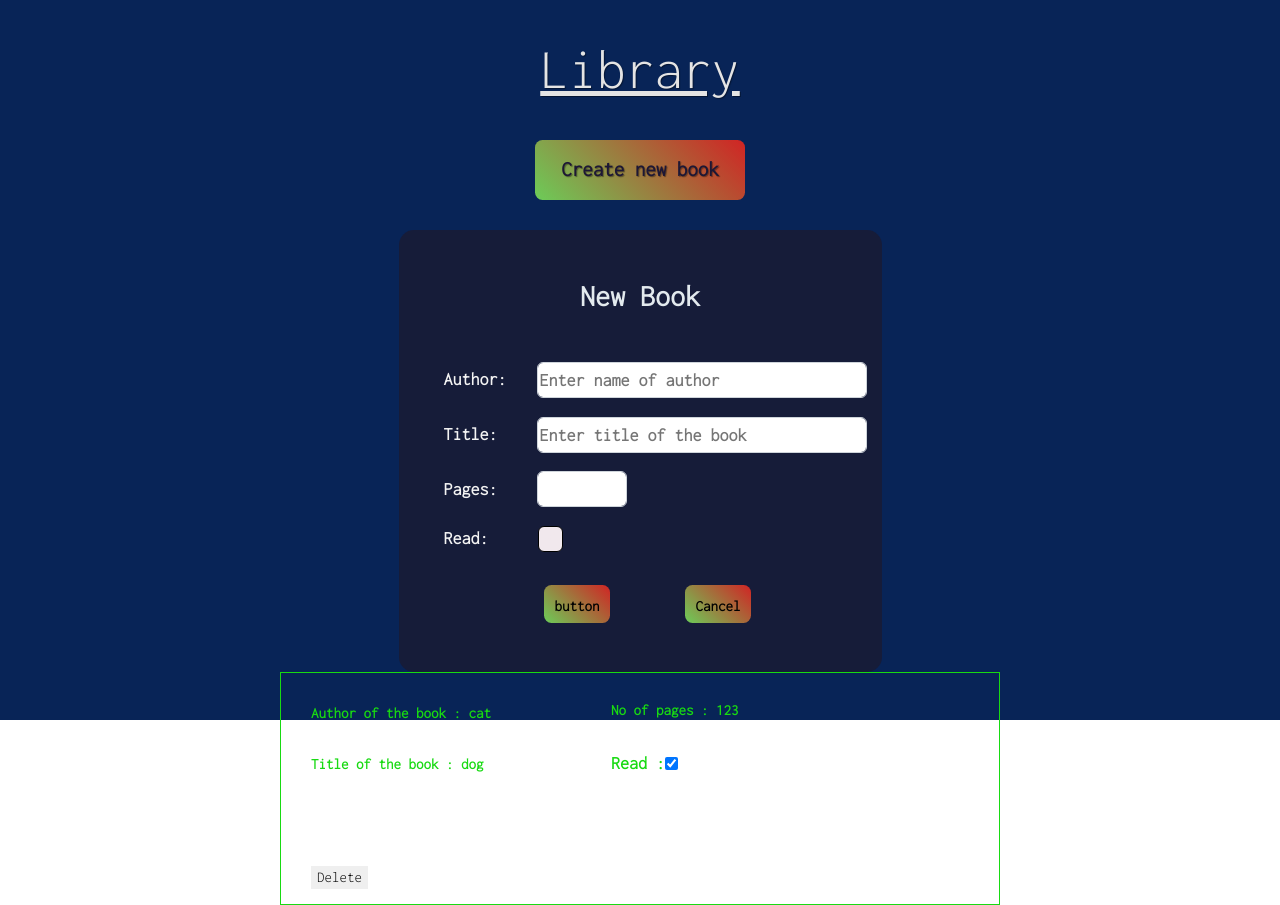
Repository: 0101chaitanya/Library
Page: index.html
These files come from the project's save history. The page is drawn as it stood at one moment and after the next save; the edit follows.
The browser window is 1280 px wide. The pictures show the whole page.

Above is the page before, as saved 2021-06-05 09:34:57.

### index.html
<!DOCTYPE html>
<html>

<head>
    <meta charset="UTF-8">
    <link rel="stylesheet" type="text/css" href="styles.css">

</head>

<body>

    <div id="container">

    </div>
    <script type="text/javascript" src="script.js"></script>

</body>

</html>

### styles.css
@import url('https://fonts.googleapis.com/css2?family=Inconsolata:wght@300&display=swap');
 :root {
    --color-white: #f3f3f3;
    --color-darkblue-alpha: rgba(27, 27, 50, 0.8);
    --color-green: #082457;
}

@media (max-width: 340px) {
     :root {
        font-size: 2px;
    }
}

@media (max-width: 500px) {
     :root {
        font-size: 7.2px;
    }
}

@media (min-width: 501px) {
     :root {
        font-size: 15px;
    }
}

*,
*::before,
*::after {
    box-sizing: border-box;
}

body {
    font-family: 'Inconsolata', monospace;
    font-size: 1rem;
    font-weight: 1000;
    line-height: 1.4;
    color: var(--color-white);
    margin: 0;
}

body::before {
    content: '';
    position: fixed;
    height: 100%;
    width: 100%;
    z-index: -1;
    background: var(--color-green);
}

header {
    font-weight: 500;
    font-size: 3.8rem;
    position: relative;
    top: 2rem;
    text-decoration: underline;
    margin-top: 0rem;
    text-shadow: 1px 1px 1px rgba(0, 0, 0, 0.4);
    color: #e4e4e4;
    text-align: center;
}

label {
    display: flex;
    align-items: center;
    font-size: 1.2rem;
}

input,
button {
    margin: 0;
    font-size: inherit;
    font-family: inherit;
    line-height: inherit;
}

button {
    border: none;
}

#container {
    width: 100%;
    margin: 0rem auto 0 auto;
}

@media (min-width: 576px) {
    #container {
        max-width: 540px;
    }
}

@media (min-width: 768px) {
    #container {
        max-width: 720px;
    }
}

#newBookButton {
    font-size: 1.4rem;
    width: 14rem;
    height: 4rem;
    position: relative;
    margin-top: 4rem;
    background: linear-gradient(45deg, rgb(108, 204, 88), rgb(209, 36, 36));
    font-weight: bold;
    border-radius: 0.5rem;
    text-shadow: 1px 1px 1px rgba(0, 0, 0, 0.4);
    color: rgb(29, 23, 53);
    margin-left: auto;
    margin-right: auto;
    display: block;
}

#newBookButton:hover {
    background: goldenrod;
    box-shadow: 0 0 1rem 0.1rem green;
}

form {
    display: none;
    flex-direction: column;
    align-items: center;
    justify-items: center;
    width: fit-content;
    position: relative;
    top: 2rem;
    margin-left: auto;
    margin-right: auto;
    background: var(--color-darkblue-alpha);
    padding: 2.5rem 6.25rem;
    border-radius: 1rem;
}

@media (min-width:480px) {
    form {
        padding: 3rem;
    }
}

.formGroup {
    margin: 0 auto 1.25rem auto;
}

.textBox {
    font-weight: bold;
    display: block;
    width: 22rem;
    height: 2.4rem;
    padding: - .375rem 2rem;
    background-color: white;
    background-clip: padding-box;
    border: 1px solid #ced4da;
    border-radius: 0.4rem;
    transition: border-color 0.15s ease-in- out, box-shadow 0.15s ease-in-out;
}

.textBox:focus {
    border-color: #80bdff;
    outline: 0;
    box-shadow: 0 0 1rem rgba(0, 255, 85, 0.25);
}

h1 {
    position: relative;
    text-align: center;
    margin-left: 0;
    margin: 0 0 3rem;
    color: rgb(227, 234, 238);
}

#authorInput {
    position: relative;
    left: 2rem;
}

#titleInput {
    position: relative;
    left: 2.6rem;
}

#pagesInput {
    position: relative;
    left: 2.6rem;
    width: 6rem;
    height: 2.4rem;
    padding: - 0.375rem 0.75rem;
    background-color: white;
    background-clip: padding-box;
    border: 1px solid #ced4da;
    border-radius: 0.4rem;
    transition: border-color 0.15s ease-in- out, box-shadow 0.15s ease-in-out;
    font-weight: bold;
}

#pagesInput:focus {
    border-color: #80bdff;
    outline: 0;
    box-shadow: 0 0 0 0.2rem rgba(0, 255, 85, 0.25);
}

#urlInput {
    position: relative;
    height: 2.4rem;
    width: 22rem;
    left: 3.85rem;
    padding: - .375rem 2rem;
    background-color: white;
    background-clip: padding-box;
    border: 1px solid #ced4da;
    border-radius: 0.4rem;
    transition: border-color 0.15s ease-in- out, box-shadow 0.15s ease-in-out;
}

#urlInput:focus {
    border-color: #80bdff;
    outline: 0;
    box-shadow: 0 0 1rem rgba(0, 255, 85, 0.25);
}

#readInput {
    position: relative;
    left: 3.3rem;
    opacity: 0;
}

.checkMark {
    position: relative;
    display: inline-flex;
    justify-content: center;
    align-items: center;
    left: 2.4rem;
    height: 1.7rem;
    width: 1.7rem;
    border-color: black;
    border-style: solid;
    border-width: 0.01rem;
    color: rgb(241, 232, 237);
    background: rgb(241, 232, 237);
    border-radius: 0.4rem;
}

#readInput:checked~.checkMark {
    color: rgb(26, 28, 43);
    background: rgb(84, 139, 221);
}

#submission {
    display: flex;
    justify-content: center;
    position: relative;
    top: 1rem;
}

.selection {
    margin: 0 2rem auto 3rem;
    height: 2.5rem;
    width: 100%;
    padding: 0.7rem;
    border-radius: 0.5rem;
    font-weight: bold;
    background: linear-gradient(45deg, rgb(108, 204, 88), rgb(209, 36, 36));
}

.selection:hover {
    background: goldenrod;
    box-shadow: 0 0 1rem 0.1rem green;
}

#vb {
    position: relative;
    display: block;
    margin-left: auto;
    margin-right: auto;
    top: 2rem;
    height: auto;
    width: auto;
}

.divElement {
    display: flex;
    border: 1px solid;
    flex-direction: column;
    align-items: flex-start;
    padding: 1rem 2rem;
    color: #18da12;
}

p:nth-of-type(3) {
    position: relative;
    left: 20rem;
    top: -7rem;
}

.divElement label {
    position: relative;
    left: 20rem;
    top: -6rem;
}

.deleteBtn {
    width: fit-content;
}

### script.js
'use strict';
let container = document.getElementById("container");
let heading = document.createElement("header");
heading.textContent = 'Library';
container.appendChild(heading);
let newBook = document.createElement('button');
newBook.id = 'newBookButton';
newBook.textContent = 'Create new book';
container.appendChild(newBook);

let form = document.createElement('form');
let h1 = document.createElement('h1');
form.appendChild(h1);
//form.method = "post";
let divInput = document.createElement('div');
divInput.id = 'divInput';

function createElmt(labelName, labelId, tipe, labelTextContent, inputId, inpId, req, place, checkMk) {

    let formGroup = document.createElement('div');
    formGroup.classList.add('formGroup');
    labelName = document.createElement('label');
    labelName.textContent = labelTextContent;
    labelName.id = labelId;
    labelName.htmlFor = inputId;
    inputId = document.createElement('input');
    inputId.type = tipe;
    inputId.id = inpId;
    // inputId.required = req;
    inputId.placeholder = place;
    if (inputId.type == 'text') {
        inputId.classList.add('textBox');
    }
    labelName.appendChild(inputId);
    if (checkMk == 'read') {
        let span = document.createElement('span');
        span.className = 'checkMark';
        span.innerHTML = '&#10003';


        labelName.appendChild(span);
    }
    formGroup.appendChild(labelName);

    divInput.appendChild(formGroup);
}

h1.textContent = `New Book`;
createElmt('author', 'author', 'text', 'Author:', 'authorInput', 'authorInput', true, 'Enter name of author');
createElmt('title', 'title', 'text', 'Title:', 'titleInput', 'titleInput', true, 'Enter title of the book');
createElmt('pages', 'pages', 'number', 'Pages:', 'pagesInput', 'pagesInput', true, '');
createElmt('read', 'read', 'checkbox', 'Read:', 'readInput', 'readInput', false, null, 'read');
form.appendChild(divInput);
let submission = document.createElement('div');
submission.classList.add('formGroup');
submission.id = 'submission';
let submitBtn = document.createElement('button');
submitBtn.textContent = 'button';
submitBtn.id = "submitBtn";
submitBtn.type = 'submit';
submitBtn.classList.add('selection');
submission.appendChild(submitBtn);
let cancel = document.createElement('button');
cancel.textContent = 'Cancel';
cancel.id = 'cancel';
cancel.type = 'button';
cancel.classList.add('selection');
submission.appendChild(cancel);
form.appendChild(submission);
container.appendChild(form);
let viewBox = document.createElement('div');
viewBox.id = 'vb';
container.appendChild(viewBox);

function setBookObj(author, title, pages, readStatus) {
    this.author = author;
    this.title = title;
    this.pages = pages;
    this.readStatus = readStatus;
}
let x = document.getElementById(`authorInput`);

let objArray = [];

form.addEventListener('submit', addBook(form)); //console.log(ObjArray.length);

function addBook(form) {
    /*   let obj1 = new setBookObj(form.elements[0].value, form.elements[0].value, form.elements[2].value, form.elements[3].value);
      console.log(form.elements[0].value);

     */
    /*
           obj[author] = form.elements[0].value;
           obj[title] = e.target.elements[1].value;
           obj[pages] = e.target.elements[2].value;
           obj.readStatus = e.target.elements[3].value;
        */
    // Object.call(ObjArray);
    // console.log(obj);

    // e.target.submit();
    //  return ObjArray;
    //console.log(ObjArray);

    // console.log(ObjArray);
    //form.submit();
}
console.log(objArray);

let obj1 = new setBookObj('cat', 'dog', 123, true);
objArray.push(obj1);

objArray.forEach((item, i) => {


    let divOut = document.createElement('div');
    divOut.id = `divOut${i}`;
    divOut.classList.add('divElement');
    let authOut = document.createElement('p');
    authOut.classList.add(`out`);
    authOut.textContent = `Author of the book : ${item.author}`;
    let titleOut = document.createElement('p');
    titleOut.textContent = `Title of the book : ${item.title}`;;
    titleOut.classList.add(`out`);
    let pgsOut = document.createElement('p');
    pgsOut.textContent = `No of pages : ${item.pages}`;
    pgsOut.classList.add(`out`);
    let redLabel = document.createElement('label');
    redLabel.classList.add(`out`);
    redLabel.textContent = `Read :`;
    let redOut = document.createElement('input');
    redLabel.htmlFor = redOut;
    redOut.type = 'checkbox';
    redLabel.appendChild(redOut);
    redOut.checked = item.readStatus;
    let deleteBtn = document.createElement('button');
    deleteBtn.type = 'button';
    deleteBtn.classList.add('deleteBtn');
    deleteBtn.textContent = 'Delete';
    deleteBtn.addEventListener('click', objArray.splice(i, 1, 0));


    divOut.appendChild(authOut);
    divOut.appendChild(titleOut);
    divOut.appendChild(pgsOut);
    divOut.appendChild(redLabel);
    divOut.appendChild(deleteBtn);
    viewBox.appendChild(divOut);

    console.log(item);
});

form.style.display = 'flex';

function formEnable() {
    form.style.display = 'flex';
}

function formDisable() {
    form.style.display = 'none';
}

After the next save:
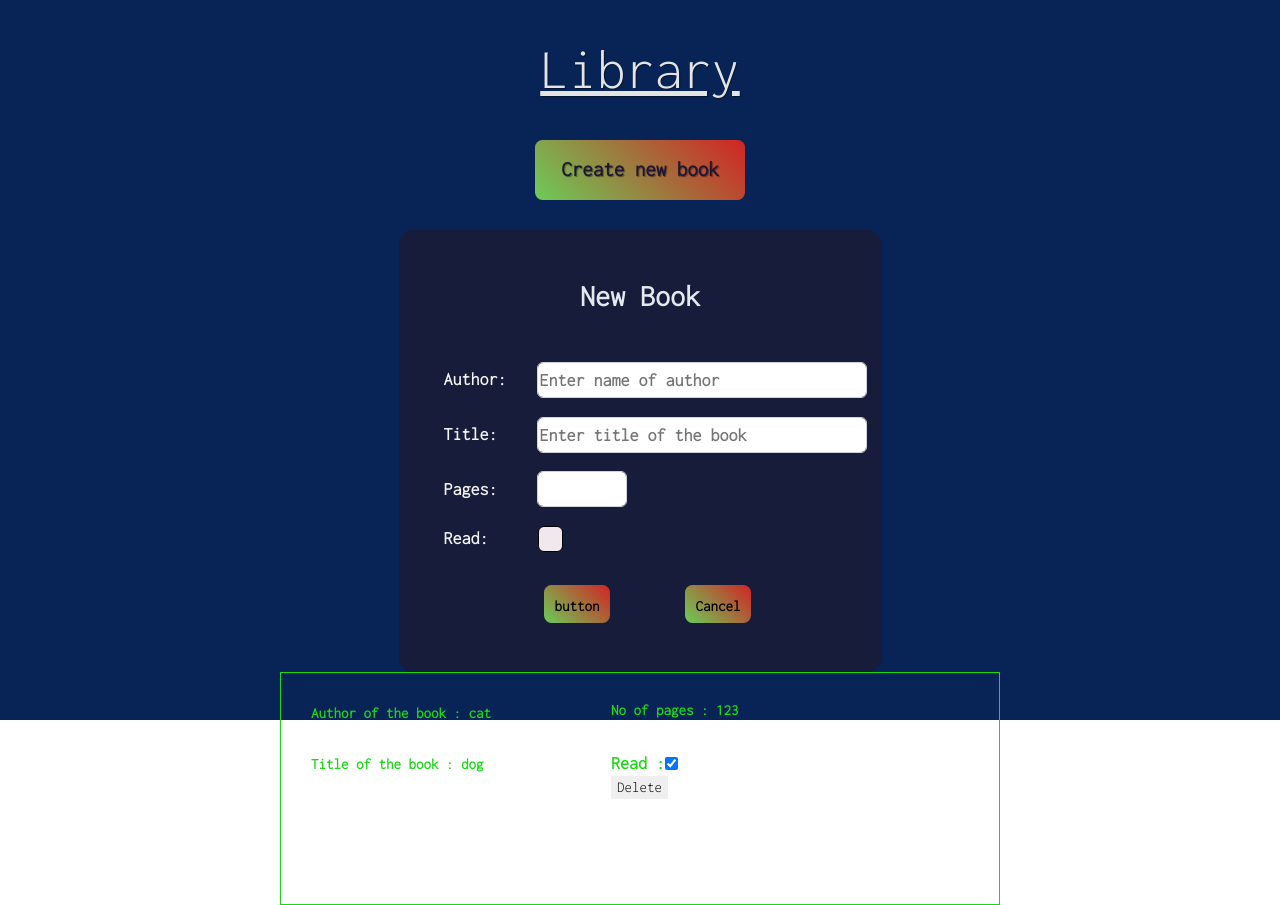
Saved 24 s later.
--- a/styles.css
+++ b/styles.css
@@ -298,4 +298,7 @@ p:nth-of-type(3) {
 
 .deleteBtn {
     width: fit-content;
-}
+    position: relative;
+    left: 20rem;
+    top: -6rem;
+}
